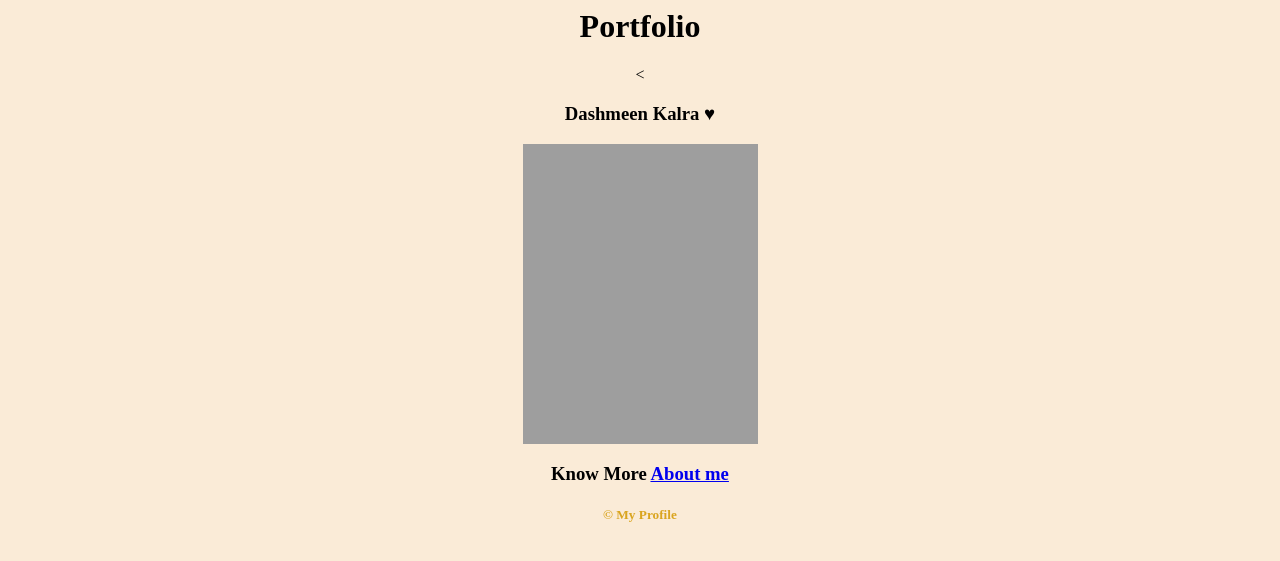
Repository: dashmeenkalra/dashmeen_kalra
Page: profile.html
These files come from the project's save history. The page is drawn as it stood at one moment and after a run of saves; the edit follows.
The browser window is 1280 px wide. The pictures show the whole page.
Pictures or frames that could not be fetched are drawn as grey boxes.

Above is the page before, as saved 2023-02-22 20:41:38.

### profile.html
<html>
    <head>
         <link rel="icon" type="image/x-icon" href="https://th.bing.com/th/id/R.fd5a137d4cc43657449836c511c422e1?rik=xs4NJnZD7SrL9w&riu=http%3a%2f%2fcdn.onlinewebfonts.com%2fsvg%2fimg_24787.png&ehk=XT7ycIEO1QBstZHkYYA%2fmHm7bSjaBM1nSo61Bl%2bnJSs%3d&risl=&pid=ImgRaw&r=0">
        <title>
        My profile
        </title>
    </head>
    <body style="background-color: antiquewhite;">
        <header>
        <center>
        <h1>
             Portfolio
        </h1>
        <
        <h3>
            Dashmeen Kalra &heartsuit;
        </h3>
            <img src ="C:\Users\hp\Desktop\IMG_6463.jpg" alt="me" title="profile" width="235" height="300"/>
        </center>
        </header>
        <div>
            <center>
            <h3>
                Know More
           <a href="first.html"
           target=_blank > About me
            </a>
            </h3>
            </center>
        </div>
        <footer>
            <center>
            <h5 style ="color:goldenrod"> &copy; My Profile</h5>
            </center>
        </footer>
    </body>
</html>

After the next 2 saves:
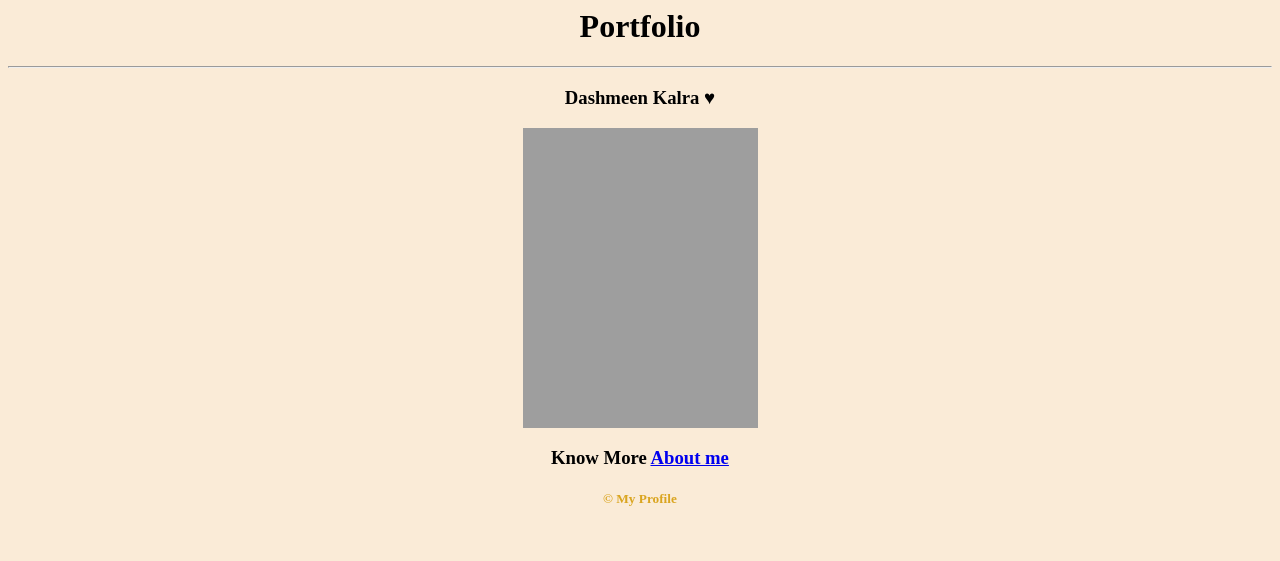
The 2 saves are shown as one change because they came seconds apart.
The last was saved 6 s later.
--- a/profile.html
+++ b/profile.html
@@ -11,7 +11,7 @@
         <h1>
              Portfolio
         </h1>
-        <
+        <hr/>
         <h3>
             Dashmeen Kalra &heartsuit;
         </h3>
